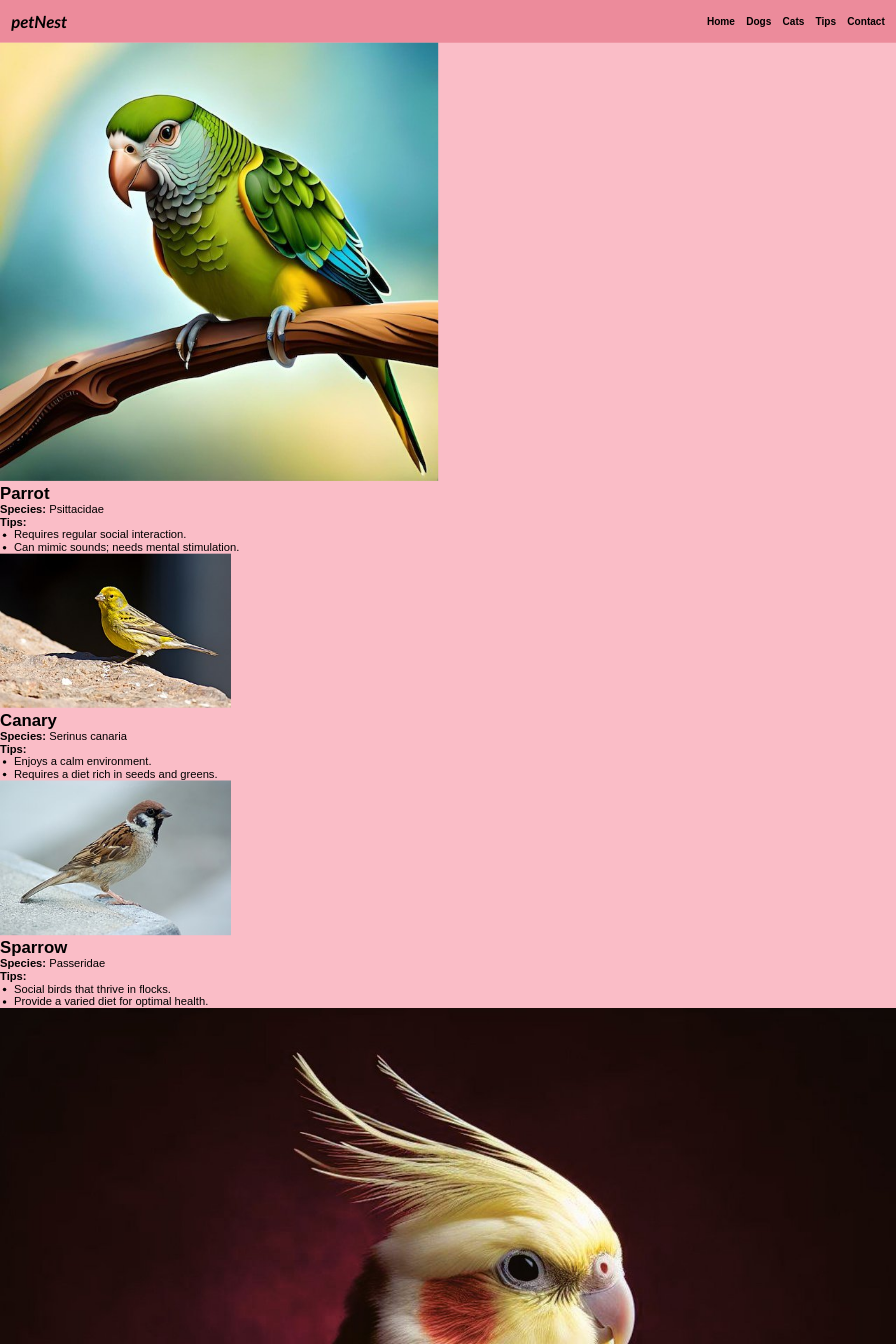
Repository: SHAHZADcodr/pet_care
Page: pages/bird.html
The author's editor kept a copy of each file at every save. The page is drawn from the files as they stood at one save, then again after the next save.
The browser window is 1280 px wide. The pictures show the part of the page from y = 0 to 1920 px (the page is 2874 px tall before and 2470 px after), at 70% of full size.

Above is the page before, as saved 2024-11-04 23:07:54.

### pages/bird.html
<!DOCTYPE html>
<html lang="en">
<head>
    <meta charset="UTF-8">
    <meta name="viewport" content="width=device-width, initial-scale=1.0">
    <title>Bird Species</title>
    <link rel="stylesheet" href="custom.css"> <!-- Link to your CSS file -->
</head>
<body>
    <header>
        <nav>
            <h1 id="webName"><i><strong>petNest</strong></i></h1>
            <ul id="nav-links">
                <li><a href="../index.html">Home</a></li>
                <li><a href="dog.html">Dogs</a></li>
                <li><a href="cat.html">Cats</a></li>
                <li><a href="tips.html">Tips</a></li>
                <li><a href="contact.html" id="you">Contact</a></li>
            </ul>
        </nav>
    </header>
    <main class="bird-species">
        <div class="bird-card">
            <img src="../birdImages/parrot.jpg" alt="Parrot" class="bird-image">
            <h2>Parrot</h2>
            <p><strong>Species:</strong> Psittacidae</p>
            <p><strong>Tips:</strong></p>
            <ul>
                <li>Requires regular social interaction.</li>
                <li>Can mimic sounds; needs mental stimulation.</li>
            </ul>
        </div>
        <div class="bird-card">
            <img src="../birdImages/canary.jpg" alt="Canary" class="bird-image">
            <h2>Canary</h2>
            <p><strong>Species:</strong> Serinus canaria</p>
            <p><strong>Tips:</strong></p>
            <ul>
                <li>Enjoys a calm environment.</li>
                <li>Requires a diet rich in seeds and greens.</li>
            </ul>
        </div>
        <div class="bird-card">
            <img src="../birdImages/sparrow.jpg" alt="Sparrow" class="bird-image">
            <h2>Sparrow</h2>
            <p><strong>Species:</strong> Passeridae</p>
            <p><strong>Tips:</strong></p>
            <ul>
                <li>Social birds that thrive in flocks.</li>
                <li>Provide a varied diet for optimal health.</li>
            </ul>
        </div>
        <div class="bird-card">
            <img src="../birdImages/cockatiel.jpg" alt="Cockatiel" class="bird-image">
            <h2>Cockatiel</h2>
            <p><strong>Species:</strong> Nymphicus hollandicus</p>
            <p><strong>Tips:</strong></p>
            <ul>
                <li>Friendly and easy to train.</li>
                <li>Enjoys toys and activities to stay active.</li>
            </ul>
        </div>
        <!-- Add more bird cards as needed -->
    </main>
    <footer>
        <p>&copy; 2024 Bird Species Information</p>
    </footer>

</body>
</html>

### pages/custom.css
/* General Reset */
* {
    margin: 0;
    padding: 0;
    box-sizing: border-box;
}
:root{
    --bg-background-color:rgb(236, 139, 155);
    --bg--body-color:rgb(250, 189, 199);
}
/* Basic Layout */
body {
    font-family: Arial, sans-serif;
    display: flex;
    flex-direction: column;
    min-height: 100vh; /* Ensures body takes full height of the viewport */
    background-color:var(--bg--body-color);
}


header {
    background-color:var(--bg-background-color);
    padding: 1rem;
    color: black;;
}

nav {
    display: flex;
    justify-content: space-between;
    align-items: center;
}

#nav-links {
    list-style-type: none;
    display: flex;
    gap: 1rem;
}

#nav-links a {
    color:black;
    text-decoration: none;
    font-size:0.9rem;
    font-weight: 600;
    transition:color 0.2s;
}
#nav-links a:hover{
    color:white!important;
}

 #nav-links  #you{
    cursor:url(/images/cursor.svg)3 3,auto !important;
}
/*Website name*/
#webName{
    font-family: 'Gill Sans', 'Gill Sans MT', Calibri, 'Trebuchet MS', sans-serif;
}
#webName:hover{
    color:aliceblue;
}

.breeds {
    display: flex;
    flex-wrap: wrap;
    justify-content: center;
    padding: 1rem;
    flex-grow: 1; /* Allows the main content to grow and push footer down */
}

.card {
    background-color:var(--bg-background-color);
    border: 2px solid var(--bg--body-color);
    border-radius: 8px;
    box-shadow: 0 4px 8px var(--bg-background-color);
    margin: 1rem;
    width: 100%; /* Full width on small screens */
    max-width: 250px; /* Maximum width for larger screens */
    text-align: center;
    overflow: hidden;
    transition: transform 0.2s;
}

.card:hover {
    transform: scale(1.05); /* Slightly enlarge on hover */
}

.card img {
    width: 100%; /* Ensure image takes full width of the card */
    height: auto; /* Maintain aspect ratio without cutting off */
    max-height: 150px; /* Set a max height to ensure consistency */
    object-fit: cover; /* Maintain aspect ratio, cropping if necessary */
}

ul {
    list-style-type: disc; /* Default bullet points */
    padding-left: 20px; /* Indent the list */
    text-align: left; /* Align text to the left */
}

footer {
    background-color:var(--bg-background-color);
    text-align: center;
    padding: 1rem;
    margin-top: auto; /* Push footer to the bottom */
}

/* Media Queries for Responsive Design */
@media (max-width: 768px) {
    .card {
        max-width: 90%; /* Wider cards on medium screens */
    }
}

@media (max-width: 480px) {
    header h1 {
        font-size: 1.5rem; /* Smaller font size for header on small screens */
    }

    .card {
        max-width: 100%; /* Full width for small screens */
    }

    .card img {
        max-height: 120px; /* Adjust image height for small screens */
    }
}

After the next save:
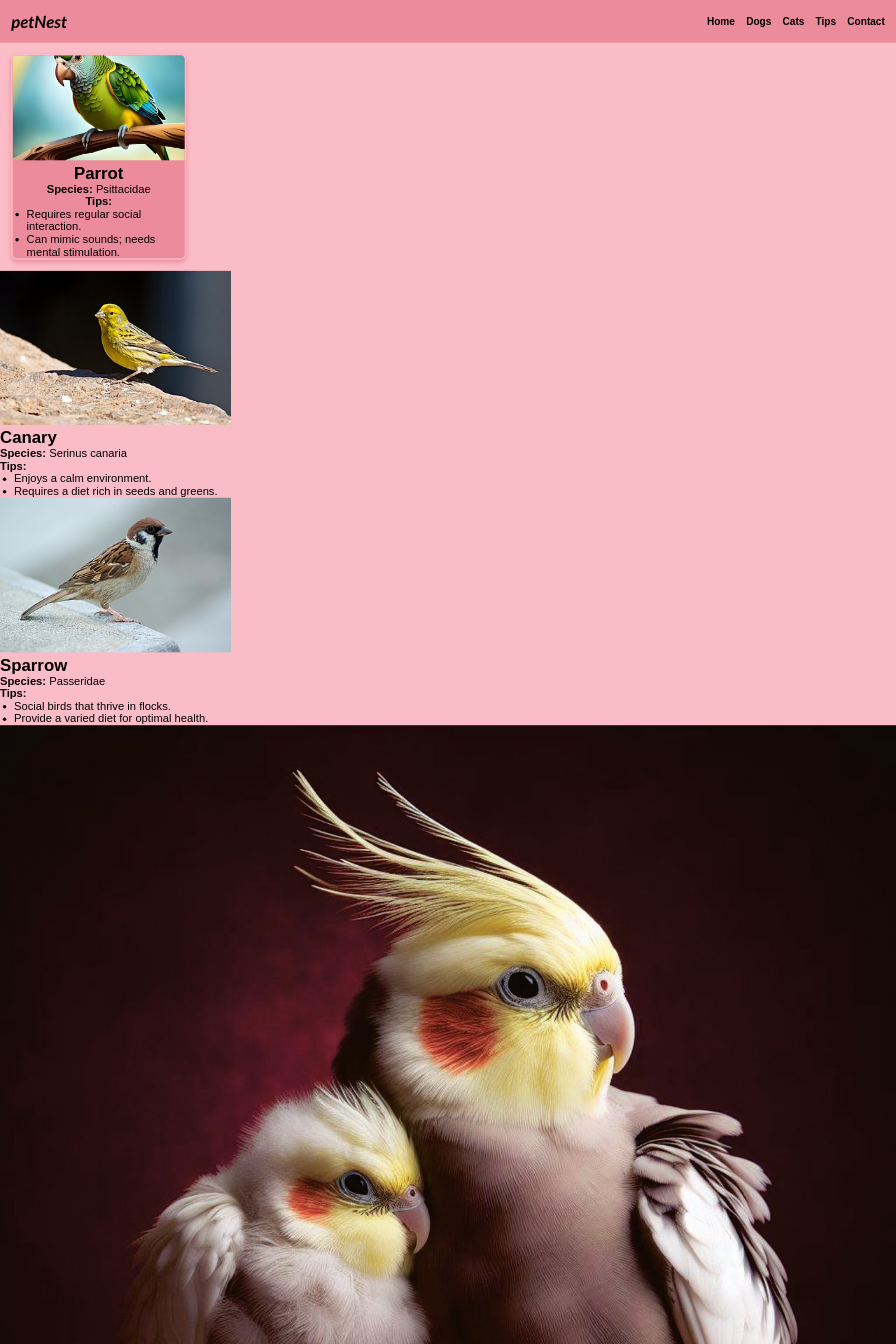
Saved 25 s later.
--- a/pages/bird.html
+++ b/pages/bird.html
@@ -20,7 +20,7 @@
         </nav>
     </header>
     <main class="bird-species">
-        <div class="bird-card">
+        <div class="card">
             <img src="../birdImages/parrot.jpg" alt="Parrot" class="bird-image">
             <h2>Parrot</h2>
             <p><strong>Species:</strong> Psittacidae</p>
